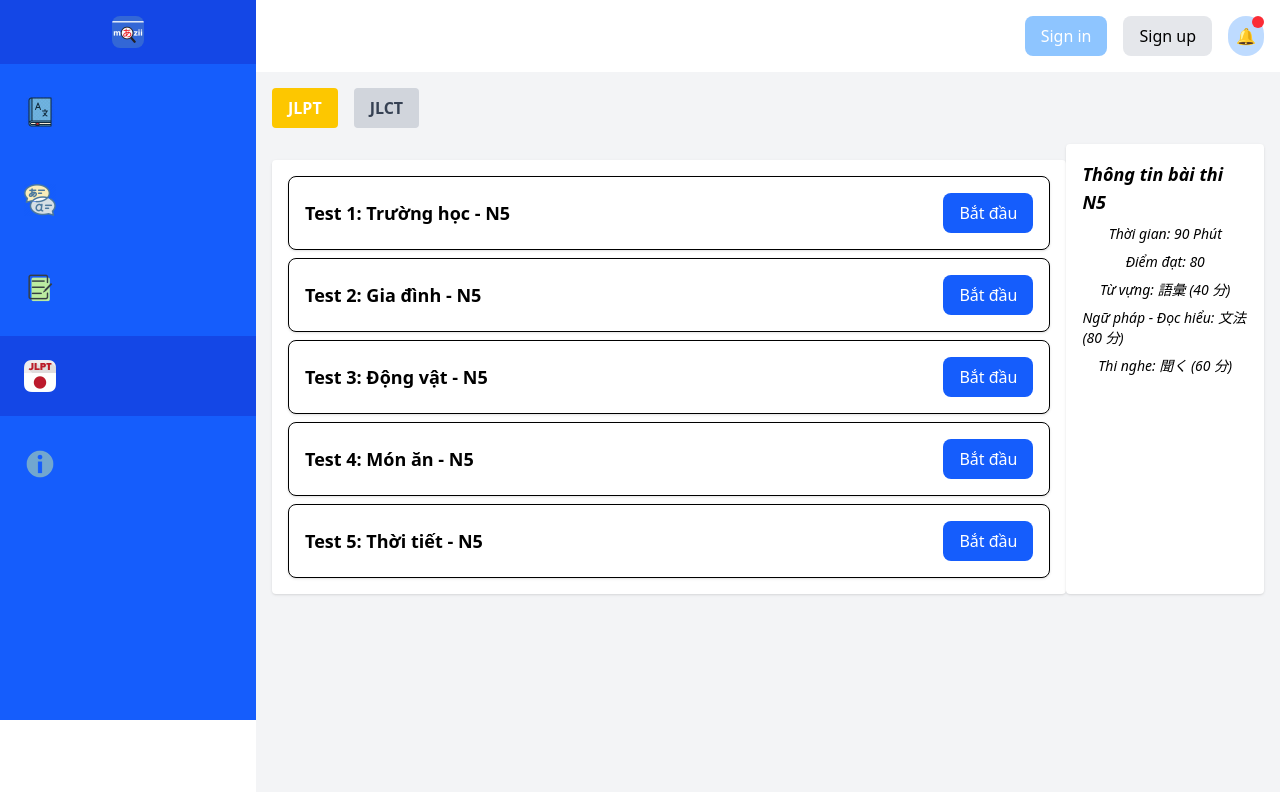
Repository: reminzuetto/JapaneseTranslationApp
Page: /jlpt
These files come from the project's save history. The page is drawn as it stood at one moment and after the next save; the edit follows.
The browser window is 1280 px wide. The pictures show the whole page.
The page's requests for data from a server got no answer. The project was rebuilt for these pictures with package versions that can differ from the ones it lists, and the page was loaded fresh each time. No one was signed in, and anything a server would have sent is missing. Also part of the build but not shown: vite.config.js, src/components/Header/NotificationItem.jsx, src/components/SeachBar/DropDownButton.jsx, src/components/SeachBar/SearchInput.jsx, src/components/SeachBar/SearchBar.jsx, src/pages/Home.jsx, src/Firebase.jsx, src/pages/SignInForm.jsx and 8 more.

Above is the page before, as saved 2025-03-19 08:25:20.

### src/App.jsx
import React, { useState } from "react";
import { BrowserRouter as Router, Routes, Route } from "react-router-dom";
import Header from "./components/Header/Header";
import Home from "./pages/Home";
import Sidebar from "./components/SideBar/SideBar";
import SignInForm from "./pages/SignInForm";
import SignUpForm from "./pages/SignUpForm";
import SearchPage from "./pages/SearchPage";
import TranslatePage from "./pages/TranslatePage";
import CollectionPage from "./pages/CollectionPage";
import JLPTPage from "./pages/JLPTPage";
import AboutPage from "./pages/AboutPage";

function App() {
  const [isSidebarOpen, setIsSidebarOpen] = useState(false);

  return (
    <Router>
      <div className="flex">
        {/* Sidebar */}
        <Sidebar isOpen={isSidebarOpen} setIsOpen={setIsSidebarOpen} />

        {/* Nội dung chính */}
        <div
          className={`flex-1 transition-all duration-300 ${
            isSidebarOpen ? "ml-64" : "ml-20"
          }`}
        >
          <Header />
          <Routes>
            <Route path="/" element={<Home />} />
            <Route path="/signin" element={<SignInForm />} />
            <Route path="/signup" element={<SignUpForm />} />
            <Route path="/search" element={<SearchPage />} />
            <Route path="/translate" element={<TranslatePage />} />
            <Route path="/collection" element={<CollectionPage />} />
            <Route path="/jlpt" element={<JLPTPage />} />
            <Route path="/about" element={<AboutPage />} />
          </Routes>
        </div>
      </div>
    </Router>
  );
}

export default App;

### src/components/Header/Header.jsx
import React, { useState } from "react";
import useClickOutside from "../../hooks/useClickOutside";
import notificationsData from "/src/Data.js";
import NotificationItem from "../Header/NotificationItem";
import { Link } from "react-router-dom";

const Header = () => {
  const { show, setShow, nodeRef } = useClickOutside();
  const [notifications, setNotifications] = useState(notificationsData);

  const markAsSeen = (id) => {
    setNotifications((prev) =>
      prev.map((item) => (item.id === id ? { ...item, seen: true } : item))
    );
  };

  return (
    <header className="flex items-center justify-end p-4 bg-white shadow-md  top-0 left-0 w-full z-50">
      <div className="flex items-center gap-4">
        <Link to="/signin">
          <button className="px-4 py-2 text-white bg-blue-300 rounded-lg hover:bg-blue-500">
            Sign in
          </button>
        </Link>

        <Link to="/signup">
          <button className="px-4 py-2 text-blue bg-gray-200 rounded-lg hover:bg-blue-500 hover:text-white">
            Sign up
          </button>
        </Link>
        <div className="relative" ref={nodeRef}>
          <div
            className="relative p-2 rounded-full bg-blue-200 hover:bg-blue-400 cursor-pointer"
            onClick={() => setShow(!show)}
          >
            🔔
            {notifications.some((item) => !item.seen) && (
              <span className="absolute top-0 right-0 w-3 h-3 bg-red-500 rounded-full"></span>
            )}
          </div>

          {show && (
            <div className="absolute top-full -left-2 min-w-[250px] translate-x-[-100%] mt-2 bg-white shadow-lg rounded-lg border border-gray-200">
              {notifications.length > 0 ? (
                notifications.map((item) => (
                  <NotificationItem
                    key={item.id}
                    id={item.id}
                    title={item.title}
                    time={item.time}
                    seen={item.seen}
                    onMarkAsSeen={markAsSeen}
                  />
                ))
              ) : (
                <div className="p-4 text-center text-gray-400">
                  Không có thông báo mới
                </div>
              )}
            </div>
          )}
        </div>
      </div>
    </header>
  );
};

export default Header;

### src/components/SideBar/SideBar.jsx
import React from "react";
import { NavLink } from "react-router-dom";

const SidebarItem = ({ src, text, to }) => (
  <li className="w-full">
    <NavLink
      to={to}
      className={({ isActive }) =>
        `flex items-center h-20 text-gray-200 no-underline transition duration-500 hover:bg-blue-700 hover:text-white hover:shadow-lg hover:font-bold hover:rounded-lg hover:ml-3 hover:mr-3 ${
          isActive ? "bg-blue-700 font-bold text-white" : ""
        }`
      }
    >
      <img className="w-8 min-w-8 mx-6" src={src} alt={text} />
      <span className="hidden group-hover:block ml-4">{text}</span>
    </NavLink>
  </li>
);

const SideBar = ({ isOpen, setIsOpen }) => {
  const menuItems = [
    { src: "/src/assets/SearchIcon.png", text: "Search", to: "/search" },
    {
      src: "/src/assets/TranslateIcon.png",
      text: "Translate",
      to: "/translate",
    },
    {
      src: "/src/assets/CollectionIcon.png",
      text: "Collection",
      to: "/collection",
    },
    { src: "/src/assets/JLPTIcon.png", text: "JLPT", to: "/jlpt" },
    { src: "/src/assets/AboutIcon.jpg", text: "About us", to: "/about" },
  ];

  return (
    <nav
      className={`w-20 h-screen fixed z-51 bg-blue-600 transition-all duration-200 hover:w-64 group ${
        isOpen ? "w-64" : "w-20"
      }`}
      onMouseEnter={() => setIsOpen(true)}
      onMouseLeave={() => setIsOpen(false)}
    >
      <ul className="flex flex-col items-center space-y-2">
        <li className="w-full text-center py-4 bg-blue-700 font-bold uppercase text-white text-2xl">
          <NavLink className="flex items-center justify-center" to="/">
            <img
              className="w-8 h-8 rounded-lg transition-transform duration-600 group-hover:rotate-[-360deg]"
              src="/src/assets/MaziiLogo.png"
              alt="Mazii logo"
            />
            <span className="hidden group-hover:block ml-4">Mazzi</span>
          </NavLink>
        </li>
        {menuItems.map((item, index) => (
          <SidebarItem
            key={index}
            src={item.src}
            text={item.text}
            to={item.to}
          />
        ))}
      </ul>
    </nav>
  );
};

export default SideBar;

### src/pages/JLPTPage.jsx
import React, { useState, useEffect } from "react";
import JLPTTestItem from "/src/components/JLPTPage/JLPTTestItem";

const JLPTPage = () => {
  const [tests, setTests] = useState([]);

  useEffect(() => {
    fetch("japanese_test.json") // Để file json trong thư mục public
      .then((response) => response.json())
      .then((data) => setTests(data.tests))
      .catch((error) => console.error("Error loading test data:", error));
  }, []);

  const handleStartTest = (testId) => {
    console.log(`Bắt đầu bài kiểm tra với ID: ${testId}`);
    // Có thể điều hướng hoặc thay đổi state ở đây nếu cần
  };

  return (
    <div className="p-4 bg-gray-100 min-h-screen">
      <div className="flex space-x-4 mb-4">
        <button className="px-4 py-2 bg-yellow-400 text-white font-bold rounded">
          JLPT
        </button>
        <button className="px-4 py-2 bg-gray-300 text-gray-700 font-bold rounded">
          JLCT
        </button>
      </div>
      <div className="flex">
        <div className="mt-4 bg-white p-4 rounded shadow space-y-2 w-full min-w-[300px]">
          {tests.map((test, index) => (
            <JLPTTestItem
              key={test.id}
              test={test}
              index={index + 1}
              onStart={handleStartTest}
            />
          ))}
        </div>
        <div className="flex flex-col justify-start items-center bg-white p-4 rounded shadow gap-2 italic">
          <h2 className="text-lg font-bold">Thông tin bài thi N5</h2>
          <div className="text-sm flex flex-col justify-center items-center gap-2">
            <p>Thời gian: 90 Phút</p>
            <p>Điểm đạt: 80</p>
            <p>Từ vựng: 語彙 (40 分)</p>
            <p>Ngữ pháp - Đọc hiểu: 文法 (80 分)</p>
            <p>Thi nghe: 聞く (60 分)</p>
          </div>
        </div>
      </div>
    </div>
  );
};

export default JLPTPage;

### src/hooks/useClickOutside.jsx
import { useEffect, useRef, useState } from "react";

export default function useClickOutside(dom = "button") {
  const [show, setShow] = useState(false);
  const nodeRef = useRef(null);
  useEffect(() => {
    const handleClickOutside = (event) => {
      if (
        nodeRef.current &&
        !nodeRef.current.contains(event.target) &&
        !event.target.matches(dom)
      ) {
        setShow(false);
      }
    };
    document.addEventListener("click", handleClickOutside);
    return () => {
      document.removeEventListener("click", handleClickOutside);
    };
  }, []);

  return {
    show,
    setShow,
    nodeRef,
  };
}

### src/Data.js
const notificationsData = [
  {
    id: 1,
    title: "JavaScript Update",
    content: "Phiên bản mới của JavaScript đã được phát hành.",
    time: "10 phút trước",
    seen: false,
  },
  {
    id: 2,
    title: "ReactJS Tips",
    content: "Học cách tối ưu hóa hiệu suất trong ReactJS.",
    time: "30 phút trước",
    seen: true,
  },
  {
    id: 3,
    title: "VueJS News",
    content: "Vue 3 đang ngày càng phổ biến hơn!",
    time: "1 giờ trước",
    seen: false,
  },
  {
    id: 4,
    title: "Next.js Guide",
    content: "Làm thế nào để sử dụng Server Actions hiệu quả?",
    time: "3 giờ trước",
    seen: true,
  },
  {
    id: 5,
    title: "PostgreSQL Tips",
    content: "Cách tối ưu truy vấn SQL cho tốc độ nhanh hơn.",
    time: "5 giờ trước",
    seen: false,
  },
];

export default notificationsData;

### src/components/JLPTPage/JLPTTestItem.jsx
import React from "react";

const JLPTTestItem = ({ test, index, onStart }) => {
  return (
    <div className="flex justify-between items-center p-4 border rounded-lg shadow-sm bg-white">
      <span className="text-lg font-semibold">
        Test {index}: {test.topic} - {test.level}
      </span>
      <button
        onClick={() => onStart(test.id)}
        className="bg-blue-600 text-white px-4 py-2 rounded-lg hover:bg-blue-700"
      >
        Bắt đầu
      </button>
    </div>
  );
};

export default JLPTTestItem;

### public/japanese_test.json
{
  "tests": [
    {
      "id": "001",
      "topic": "Trường học",
      "level": "N5",
      "questions": [
        {
          "question_id": 1,
          "question": "Từ '学校' có nghĩa là gì?",
          "answers": ["Trường học", "Giáo viên", "Sách", "Nhà"],
          "correct_answer": "A",
          "explain": "学校 (gakkou) là danh từ tiếng Nhật nghĩa là 'trường học'."
        },
        {
          "question_id": 2,
          "question": "Từ '先生' có nghĩa là gì?",
          "answers": ["Học sinh", "Giáo viên", "Bác sĩ", "Cảnh sát"],
          "correct_answer": "B",
          "explain": "先生 (sensei) có nghĩa là 'giáo viên' hoặc 'thầy cô'."
        }
      ]
    },
    {
      "id": "002",
      "topic": "Gia đình",
      "level": "N5",
      "questions": [
        {
          "question_id": 1,
          "question": "Từ '父' có nghĩa là gì?",
          "answers": ["Anh trai", "Bố", "Chú", "Bạn"],
          "correct_answer": "B",
          "explain": "父 (chichi) là cách gọi 'bố' trong tiếng Nhật."
        },
        {
          "question_id": 2,
          "question": "Từ '母' có nghĩa là gì?",
          "answers": ["Mẹ", "Chị gái", "Dì", "Cô giáo"],
          "correct_answer": "A",
          "explain": "母 (haha) có nghĩa là 'mẹ' trong tiếng Nhật."
        }
      ]
    },
    {
      "id": "003",
      "topic": "Động vật",
      "level": "N5",
      "questions": [
        {
          "question_id": 1,
          "question": "Từ '猫' có nghĩa là gì?",
          "answers": ["Chó", "Mèo", "Chuột", "Bò"],
          "correct_answer": "B",
          "explain": "猫 (neko) có nghĩa là 'mèo' trong tiếng Nhật."
        },
        {
          "question_id": 2,
          "question": "Từ '犬' có nghĩa là gì?",
          "answers": ["Chó", "Mèo", "Cá", "Thỏ"],
          "correct_answer": "A",
          "explain": "犬 (inu) có nghĩa là 'chó' trong tiếng Nhật."
        }
      ]
    },
    {
      "id": "004",
      "topic": "Món ăn",
      "level": "N5",
      "questions": [
        {
          "question_id": 1,
          "question": "Từ '寿司' có nghĩa là gì?",
          "answers": ["Mì", "Cơm cuộn", "Sushi", "Bánh"],
          "correct_answer": "C",
          "explain": "寿司 (sushi) là một món ăn truyền thống của Nhật Bản."
        },
        {
          "question_id": 2,
          "question": "Từ 'ラーメン' có nghĩa là gì?",
          "answers": ["Mì Ramen", "Bánh mì", "Bánh ngọt", "Cơm nắm"],
          "correct_answer": "A",
          "explain": "ラーメン (ramen) là món mì nổi tiếng của Nhật Bản."
        }
      ]
    },
    {
      "id": "005",
      "topic": "Thời tiết",
      "level": "N5",
      "questions": [
        {
          "question_id": 1,
          "question": "Từ '雨' có nghĩa là gì?",
          "answers": ["Nắng", "Mưa", "Gió", "Tuyết"],
          "correct_answer": "B",
          "explain": "雨 (ame) có nghĩa là 'mưa' trong tiếng Nhật."
        },
        {
          "question_id": 2,
          "question": "Từ '雪' có nghĩa là gì?",
          "answers": ["Mưa", "Tuyết", "Gió", "Sấm"],
          "correct_answer": "B",
          "explain": "雪 (yuki) có nghĩa là 'tuyết' trong tiếng Nhật."
        }
      ]
    }
  ]
}

Loaded but not shown: index.html (common file); src/main.jsx (common file); src/index.css (common file)

After the next save:
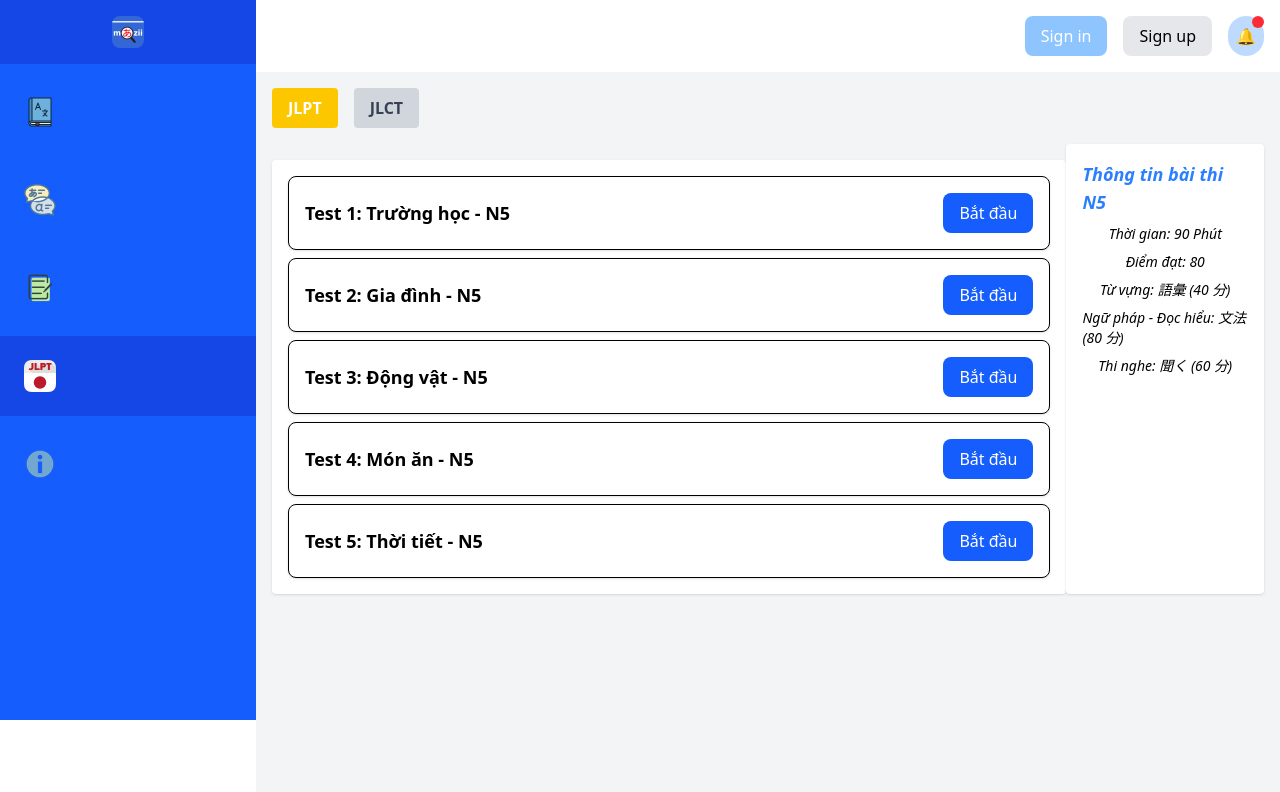
Saved 12 s later.
--- a/src/pages/JLPTPage.jsx
+++ b/src/pages/JLPTPage.jsx
@@ -38,7 +38,9 @@ const JLPTPage = () => {
           ))}
         </div>
         <div className="flex flex-col justify-start items-center bg-white p-4 rounded shadow gap-2 italic">
-          <h2 className="text-lg font-bold">Thông tin bài thi N5</h2>
+          <h2 className="text-lg font-bold text-blue-500">
+            Thông tin bài thi N5
+          </h2>
           <div className="text-sm flex flex-col justify-center items-center gap-2">
             <p>Thời gian: 90 Phút</p>
             <p>Điểm đạt: 80</p>
